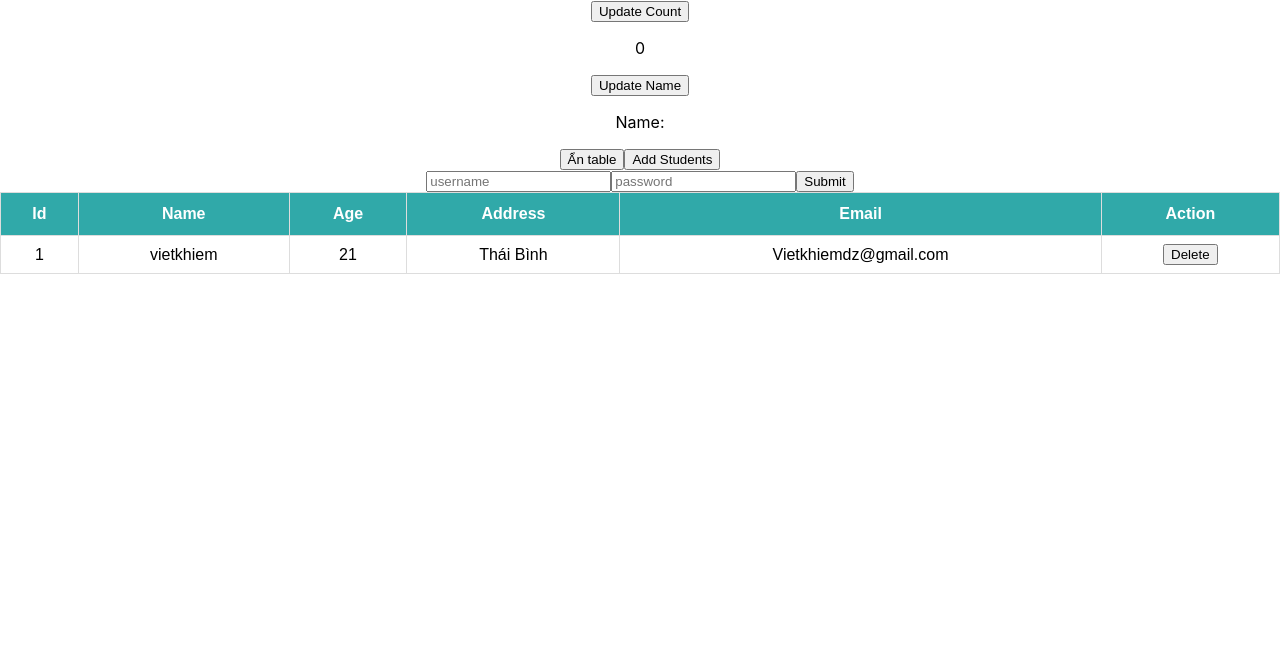
Repository: vietkhiem/TypeScript
Page: /
The author's editor kept a copy of each file at every save. The page is drawn from the files as they stood at one save, then again after the next save.
The browser window is 1280 px wide. The pictures show the whole page.
The project was rebuilt for these pictures with package versions that can differ from the ones it lists, and the page was loaded fresh each time.

Above is the page before, as saved 2022-03-18 20:15:27.

### src/App.tsx
import React, {useState} from 'react';
import './App.css';
import Login from './pages/login';
import TableCustom from './pages/table';

type Student = {
  name: string,
  age: number,
  address: string,
  phone: number
}

function App() {
  const [count, setCount] = useState<number>(0);
  const [name, setName] = useState<string>('');
  //state trang thai hien thi bang
  const [isShowTable, setShowTable] = useState<boolean>(true);
  const studentsData = [
    {
      name: 'vietkhiem',
      age: 21,
      address: 'Thái Bình',
      email: 'Vietkhiemdz@gmail.com',
      action: 'Delete'
    }
  ]
  return (
    <div className="App">
      <button onClick={() => setCount(count+1)}>Update Count</button>
        <p>{count}</p>

      <button onClick={() => setName('viet khiem')}>Update Name</button>
        <p>Name: {name}</p>

        <button onClick={() => setShowTable(!isShowTable)}>
        {isShowTable === true ? 'Ẩn' : 'Hiện'}  table</button>

        <button>Add Students</button>
      {/* thêm view login vào trong App.tsx */}
        <Login />
        {/* thêm components table vào app */}
        {
          isShowTable === true
        ? <TableCustom rows={studentsData} />
        :null
        }

    </div>
  );
}

export default App;

### src/App.css
.App {
  text-align: center;
}

.App-link {
  color: #61dafb;
}

@keyframes App-logo-spin {
  from {
    transform: rotate(0deg);
  }
  to {
    transform: rotate(360deg);
  }
}
.customers {
  font-family: Arial, Helvetica, sans-serif;
  border-collapse: collapse;
  width: 100%;
}

.customers td, .customers th {
  border: 1px solid #ddd;
  padding: 8px;
}

.customers tr:nth-child(even){background-color: #f2f2f2;}

.customers tr:hover {background-color: #ddd;}

.customers th {
  padding-top: 12px;
  padding-bottom: 12px;
  text-align: center;
  background-color: rgb(48, 169, 169);
  color: white;
}

### src/pages/login/index.tsx
import React, {useState} from 'react'
import Table from '../table';

export default function Login() {
  const [usernameValue, setUsernameValue] = useState<string>('');
  const [passwordValue, setPasswordValue] = useState<string>('');

  console.log(usernameValue, passwordValue);

  const onSubmit = () :any => {
    const data = {
      username: usernameValue,
      password: passwordValue
    };
    console.log(data)
  }
  return (
    <>
      <form action="">
        <input type="text"
        placeholder='username'
          onChange={(event) => setUsernameValue(event.target.value)}
        />
        <input type="password"
        placeholder='password'
        onChange={(event) => setPasswordValue(event.target.value)}
        />
        <button type='button' onClick={() => onSubmit()}>Submit</button>
      </form>
    </>
  )
}

### src/pages/table/index.tsx
import React from "react";

type row = {
  name: string,
  age: number,
  address: string,
  email: string,
  action: string
}
type TableProps = {
  rows: row[]
}
function Table({rows} : TableProps) {
    return (
      <>
        <table className="customers">
          <thead>
              <tr>
                <th>Id</th>
                <th>Name</th>
                <th>Age</th>
                <th>Address</th>
                <th>Email</th>
                <th>Action</th>
              </tr>
          </thead>
          <tbody>
              {
                rows.map((row, index) => (
                  <tr key={index}>
                    <td>{index +1}</td>
                    <td>{row.name}</td>
                    <td>{row.age}</td>
                    <td>{row.address}</td>
                    <td>{row.email}</td>
                    <td>
                      <button>{row.action}</button>
                    </td>
                  </tr>
                ))
              }
          </tbody>
        </table>
      </>
    );
}
export default Table;

Loaded but not shown: public/index.html (common file); src/index.tsx (common file); src/index.css (common file); src/reportWebVitals.ts (common file)

After the next save:
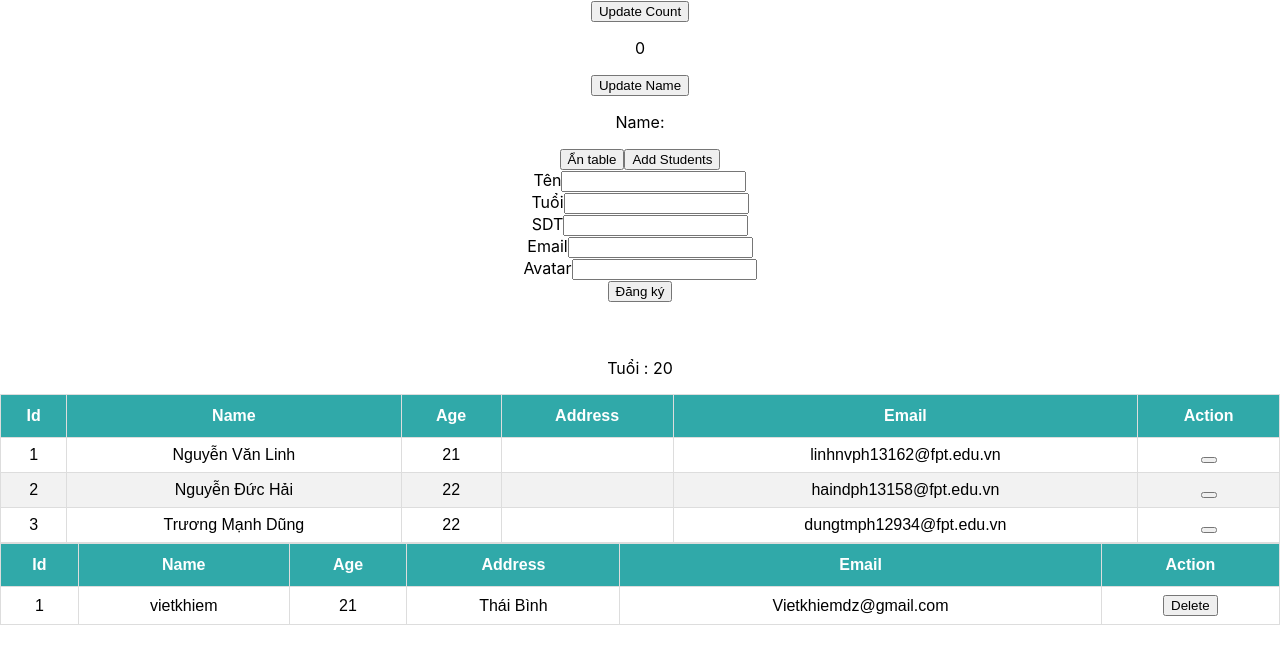
Saved 80 s later.
--- a/src/pages/login/index.tsx
+++ b/src/pages/login/index.tsx
@@ -1,32 +1,133 @@
 import React, {useState} from 'react'
 import Table from '../table';
 
-export default function Login() {
-  const [usernameValue, setUsernameValue] = useState<string>('');
-  const [passwordValue, setPasswordValue] = useState<string>('');
+const Student = () => {
+  type studenType = {
+    name: string
+    age: number
+    phone: string
+    email: string
+    avatar: string
+  }
+  const [data, setData] = useState<studenType[]>([
+    {
+      name: 'Nguyễn Văn Linh',
+      age: 21,
+      phone: '0369053052',
+      email: 'linhnvph13162@fpt.edu.vn',
+      avatar: 'https://picsum.photos/50/50',
+    },
+    {
+      name: 'Nguyễn Đức Hải',
+      age: 22,
+      phone: '0968856903',
+      email: 'haindph13158@fpt.edu.vn',
+      avatar: 'https://picsum.photos/50/50',
+    },
+    {
+      name: 'Trương Mạnh Dũng',
+      age: 22,
+      phone: '098888888',
+      email: 'dungtmph12934@fpt.edu.vn',
+      avatar: 'https://picsum.photos/50/50',
+    },
+  ])
+  const removeProduct = (id: number) => {
+    console.log(id)
+  }
+  type info = {
+    age: number
+  }
+  const showAge = (props: info): number => {
+    return props.age
+  }
+  const [isShowTable, SetShowTable] = useState<boolean>(true)
+  const [namevalue, setname] = useState<string>('')
+  const [agevalue, setage] = useState<string>('')
+  const [phonevalue, setphone] = useState<string>('')
+  const [emailvalue, setemail] = useState<string>('')
+  const [avatarvalue, setavatar] = useState<string>('')
+  const onSubmit = (): any => {
+    const datanew: any = {
+      name: namevalue,
+      age: +agevalue,
+      phone: phonevalue,
+      email: emailvalue,
+      avatar: avatarvalue,
+    }
+    console.log(datanew);
 
-  console.log(usernameValue, passwordValue);
-
-  const onSubmit = () :any => {
-    const data = {
-      username: usernameValue,
-      password: passwordValue
-    };
-    console.log(data)
+    setData([...data,datanew])
   }
   return (
     <>
-      <form action="">
-        <input type="text"
-        placeholder='username'
-          onChange={(event) => setUsernameValue(event.target.value)}
-        />
-        <input type="password"
-        placeholder='password'
-        onChange={(event) => setPasswordValue(event.target.value)}
-        />
-        <button type='button' onClick={() => onSubmit()}>Submit</button>
-      </form>
+      <div className="w-[1200px] mx-auto">
+        <form action="">
+          <div>
+            <label htmlFor="">Tên</label>
+            <input
+              onChange={(e) => setname(e.target.value)}
+              className="border border-2 border-black"
+              type="text"
+            />
+          </div>
+          <div className="mt-4">
+            <label htmlFor="">Tuổi</label>
+            <input
+              onChange={(e) => setage(e.target.value)}
+              className="border border-2 border-black"
+              type="number"
+            />
+          </div>
+          <div className="mt-4">
+            <label htmlFor="">SDT</label>
+            <input
+              onChange={(e) => setphone(e.target.value)}
+              className="border border-2 border-black"
+              type="text"
+            />
+          </div>
+          <div className="mt-4">
+            <label htmlFor="">Email</label>
+            <input
+              onChange={(e) => setemail(e.target.value)}
+              className="border border-2 border-black"
+              type="email"
+            />
+          </div>
+          <div className="mt-4">
+            <label htmlFor="">Avatar</label>
+            <input
+              onChange={(e) => setavatar(e.target.value)}
+              className="border border-2 border-black"
+              type="text"
+            />
+          </div>
+          <button
+            onClick={(e) => {
+              onSubmit()
+              e.preventDefault()
+            }}
+            className="mt-4  border-2 border-black"
+          >
+            Đăng ký
+          </button>
+        </form>
+        <br />
+        {/* <button
+          onClick={() => {
+            SetShowTable(!isShowTable)
+          }}
+          className="btn-delete text-red-600 font-semibold border border-2 border-black"
+        >
+          {isShowTable === true ? 'Ẩn' : 'Hiện'} Bảng
+        </button> */}
+        <br />
+        <p>Tuổi : {showAge({ age: 20 })}</p>
+        {isShowTable && <Table rows={data} />}
+      </div>
     </>
   )
 }
+
+export default Student;
